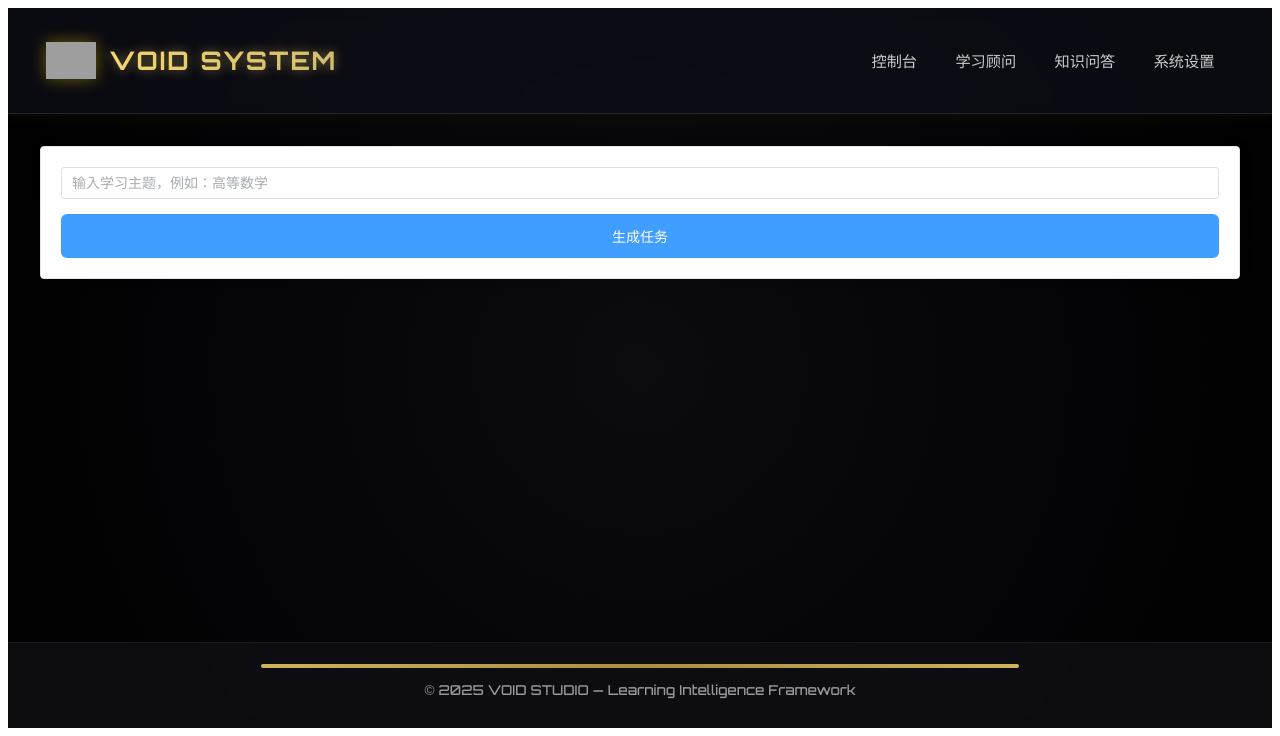
Repository: Void-Creator-Deity/Void-System
Page: /settings (app in void-system-frontend/)
The author's editor kept a copy of each file at every save. The page is drawn from the files as they stood at one save, then again after the next save.
The browser window is 1280 px wide. The pictures show the whole page.
Pictures or frames that could not be fetched are drawn as grey boxes. The project was rebuilt for these pictures with package versions that can differ from the ones it lists, and the page was loaded fresh each time. Also part of the build but not shown: void-system-frontend/vite.config.js, void-system-frontend/src/api/index.js, void-system-frontend/src/api/ai.js, void-system-frontend/src/pages/AIConsole.vue, void-system-frontend/src/pages/Advisor.vue, void-system-frontend/src/pages/QA.vue.

Above is the page before, as saved 2025-11-16 18:48:17.

After the next save:
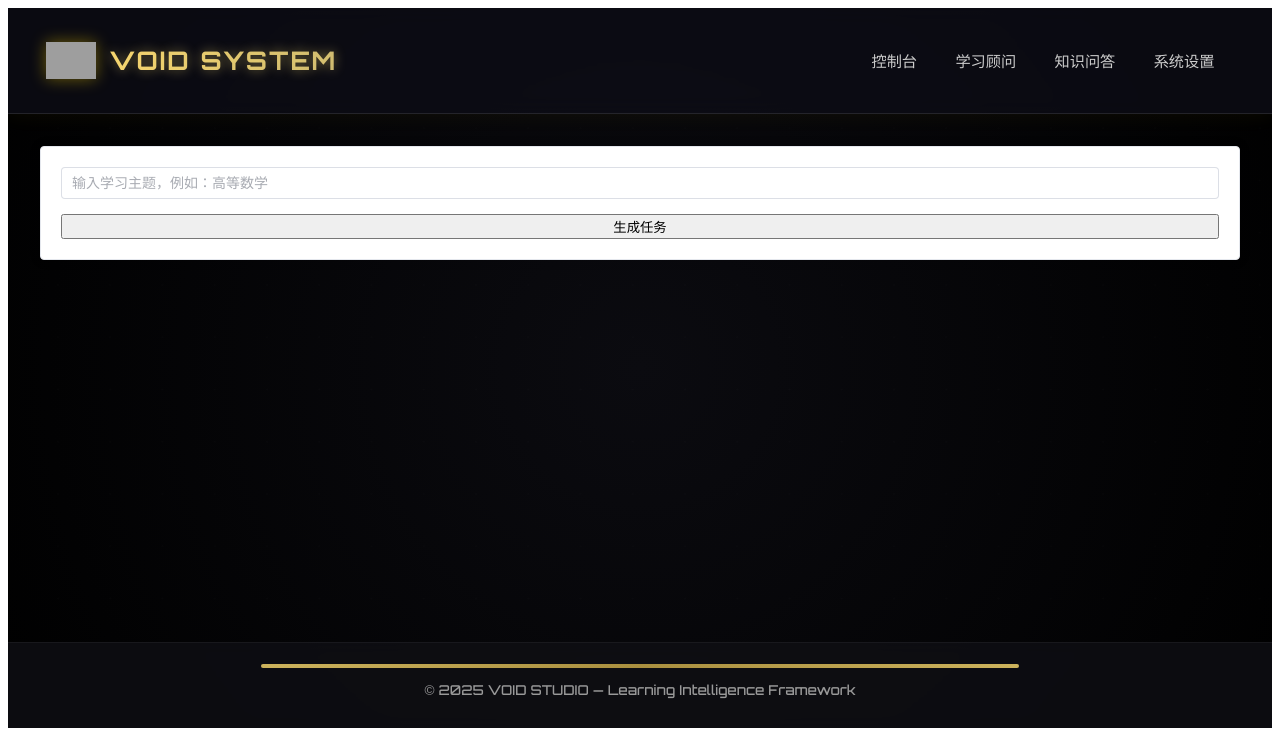
Saved 19 s later.
--- a/void-system-frontend/src/pages/Settings.vue
+++ b/void-system-frontend/src/pages/Settings.vue
@@ -64,21 +64,11 @@
 
 <style scoped>
 /* 波纹效果样式 */
-.ripple-button {
-  position: relative;
-  overflow: hidden;
-  background: #409EFF;
-  color: white;
-  border: none;
-  padding: 12px 24px;
-  border-radius: 6px;
-  cursor: pointer;
-  font-size: 14px;
-  transition: background 0.3s;
-  margin-top: 10px;
-}
 
 
+.ripple-button:hover {
+  background: #66b1ff;
+}
 
 .ripple-effect {
   position: absolute;

After the save that followed:
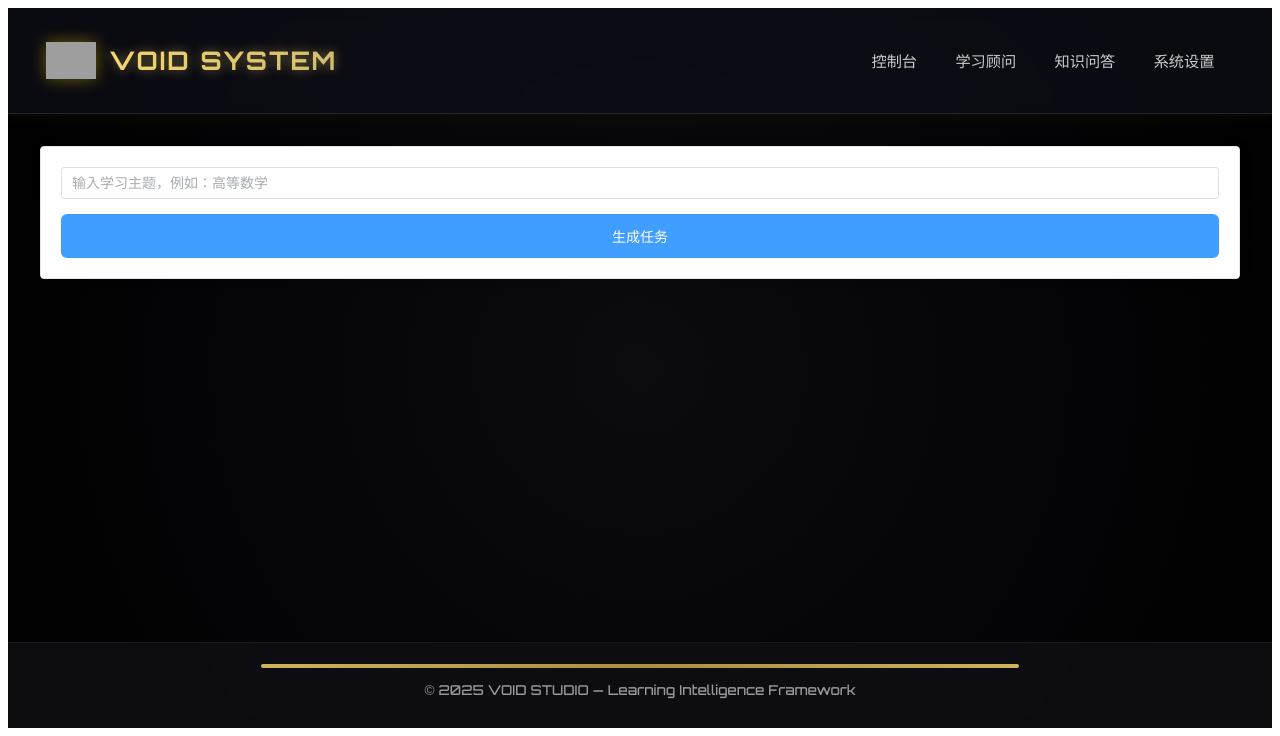
Saved 20 s later.
--- a/void-system-frontend/src/pages/Settings.vue
+++ b/void-system-frontend/src/pages/Settings.vue
@@ -64,7 +64,19 @@
 
 <style scoped>
 /* 波纹效果样式 */
-
+.ripple-button {
+  position: relative;
+  overflow: hidden;
+  background: #409EFF;
+  color: white;
+  border: none;
+  padding: 12px 24px;
+  border-radius: 6px;
+  cursor: pointer;
+  font-size: 14px;
+  transition: background 0.3s;
+  margin-top: 10px;
+}
 
 .ripple-button:hover {
   background: #66b1ff;
